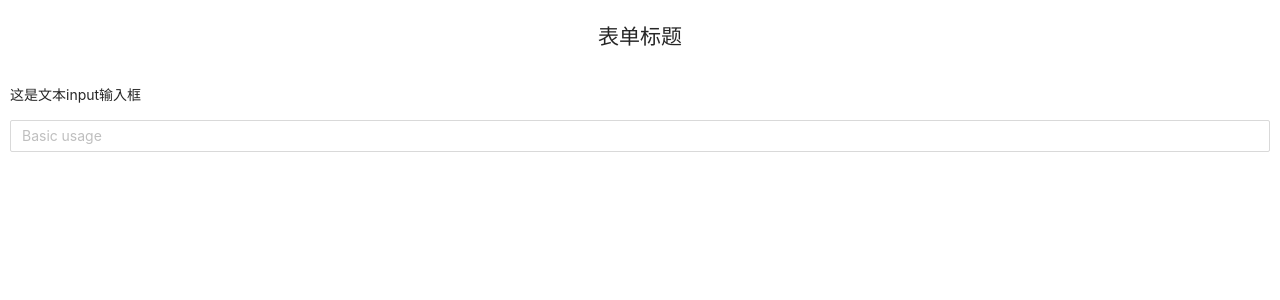
Repository: yangdi1993/form
Page: /
An editor plug-in stored every save of this project. The page is shown before and after a run of saves, followed by the edit.
The browser window is 1280 px wide. The pictures show the whole page.
The project was rebuilt for these pictures with package versions that can differ from the ones it lists, and the page was loaded fresh each time.

Above is the page before, as saved 2020-04-01 12:22:17.

### src/App.js
import React from 'react';
import './App.scss';
import {Input} from 'antd';
const App = () => (
  <div className="App">
    <div className="form-head">
      <h2>表单标题</h2>
    </div>
    <div className="question-list">
      <p className="input-title">这是文本input输入框</p>
      <Input placeholder="Basic usage" />
    </div>
    <div className="form-submit">
    </div>
  </div>
);

export default App;

### src/App.scss
@import '~antd/dist/antd.css';
.App {
  text-align: left;
  .form-head{
    text-align: center;
    padding: 20px;
  }
  .question-list{
    padding: 0 10px;
    .input-title{

    }
  }
}

.ar-App {
  direction: rtl;
  unicode-bidi: isolate
}

Loaded but not shown: public/index.html (common file); src/index.js (common file); src/index.css (common file); src/serviceWorker.js (common file)

After the next 4 saves:
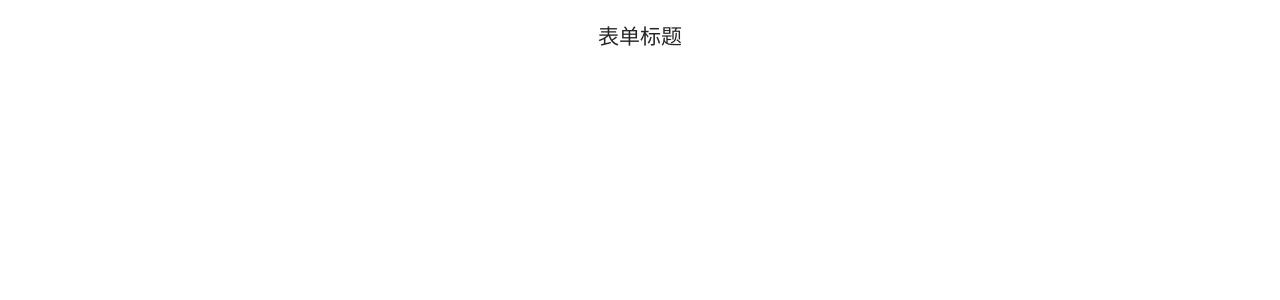
The 4 saves are shown as one change because 1 did not build or start and some came seconds apart.
The last was saved 13 s later.
--- a/src/App.js
+++ b/src/App.js
@@ -7,8 +7,9 @@
       <h2>表单标题</h2>
     </div>
     <div className="question-list">
-      <p className="input-title">这是文本input输入框</p>
-      <Input placeholder="Basic usage" />
+      <div>
+
+      </div>
     </div>
     <div className="form-submit">
     </div>

After the 2 saves that followed:
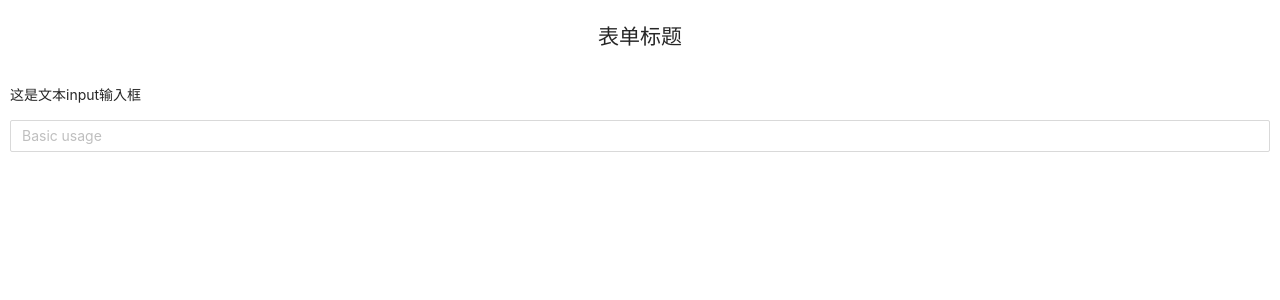
The 2 saves are shown as one change because they came seconds apart.
The last was saved 6 s later.
--- a/src/App.js
+++ b/src/App.js
@@ -8,7 +8,8 @@
     </div>
     <div className="question-list">
       <div>
-
+      <p className="input-title">这是文本input输入框</p>
+      <Input placeholder="Basic usage" />
       </div>
     </div>
     <div className="form-submit">
